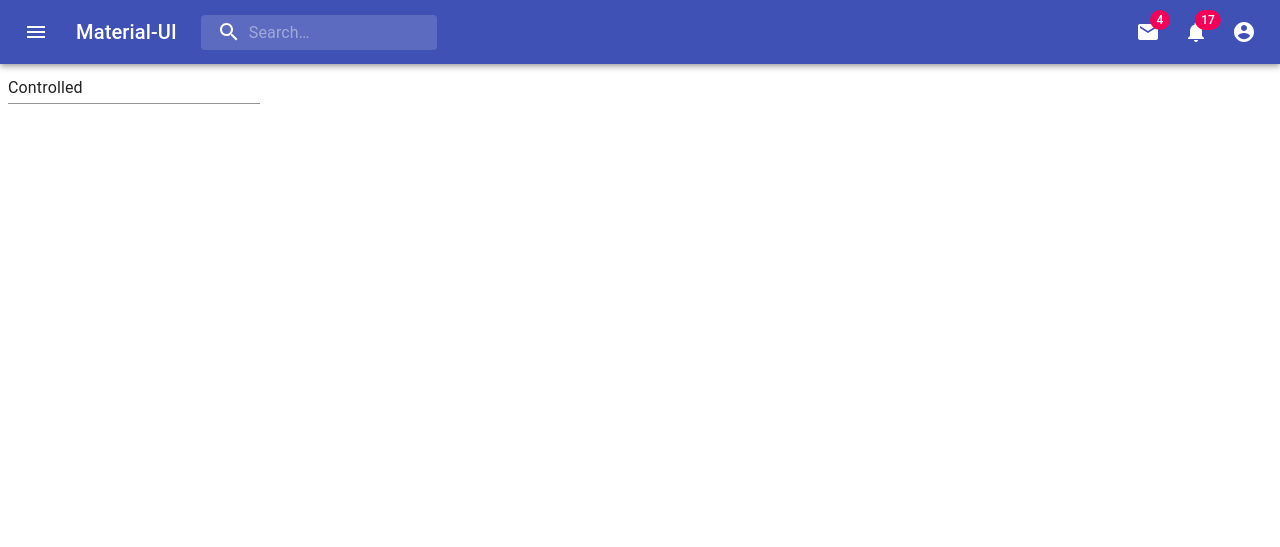
Repository: lude22/react_chat
Page: /
An editor plug-in stored every save of this project. The page is shown before and after the next save, followed by the edit.
The browser window is 1280 px wide. The pictures show the whole page.
The project was rebuilt for these pictures with package versions that can differ from the ones it lists, and the page was loaded fresh each time. Also part of the build but not shown: webpack.config.js, src/App.css.

Above is the page before, as saved 2020-08-02 11:19:28.

After the next save:
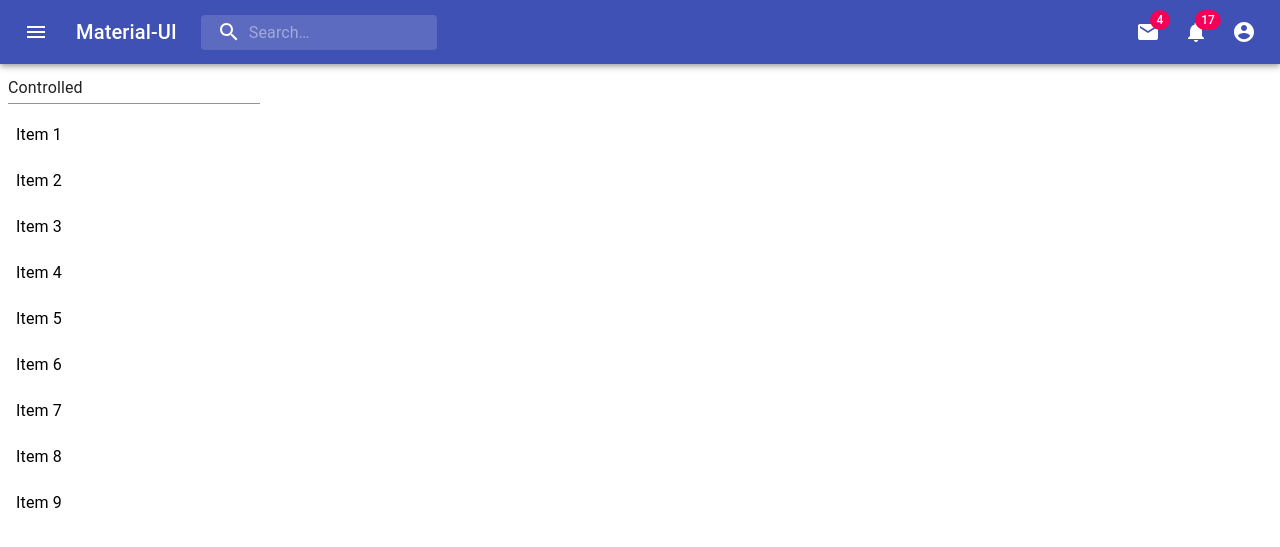
Saved 22 s later.
--- a/src/App.js
+++ b/src/App.js
@@ -11,7 +11,7 @@
       <React.Fragment>
         <ButtonAppSearchBar />
         <InputField />
-
+        <ChatList />
       </React.Fragment>
     )
   }

After the 2 saves that followed:
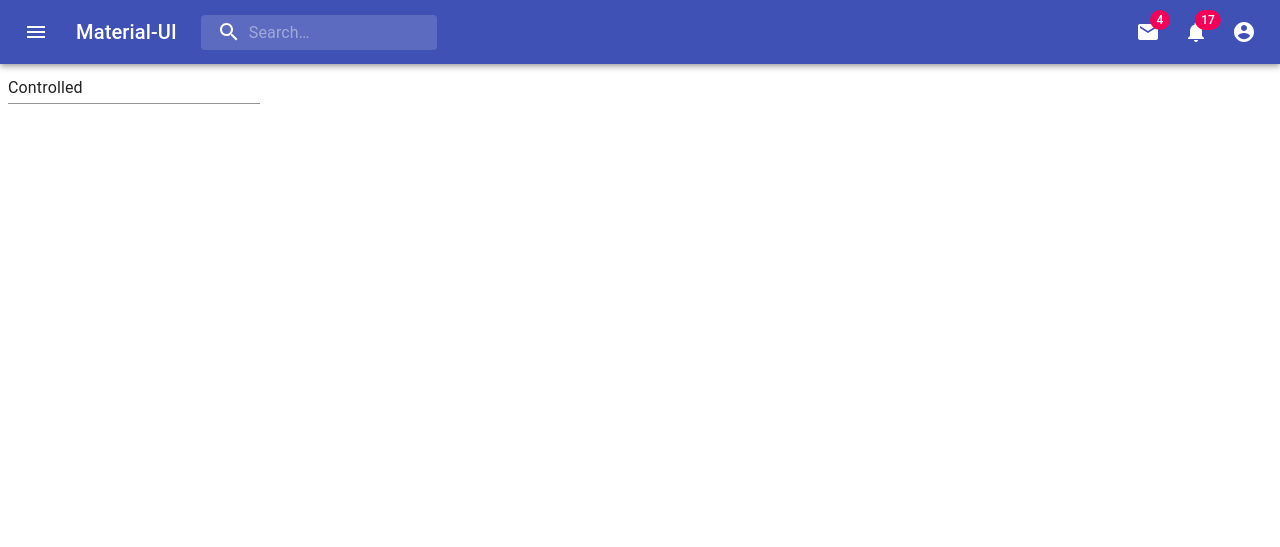
The 2 saves are shown as one change because they came seconds apart.
The last was saved 42 s later.
--- a/src/App.js
+++ b/src/App.js
@@ -3,7 +3,7 @@
 import './App.css';
 import ButtonAppSearchBar from './components/ButtonAppSearchBar.js'
 import InputField from './components/InputField.js'
-import ChatList from './components/ChatList.js'
+// import ChatList from './components/ChatList.js'
 
 class App extends Component{
   render(){
@@ -11,7 +11,7 @@
       <React.Fragment>
         <ButtonAppSearchBar />
         <InputField />
-        <ChatList />
+        {/* <ChatList /> */}
       </React.Fragment>
     )
   }
